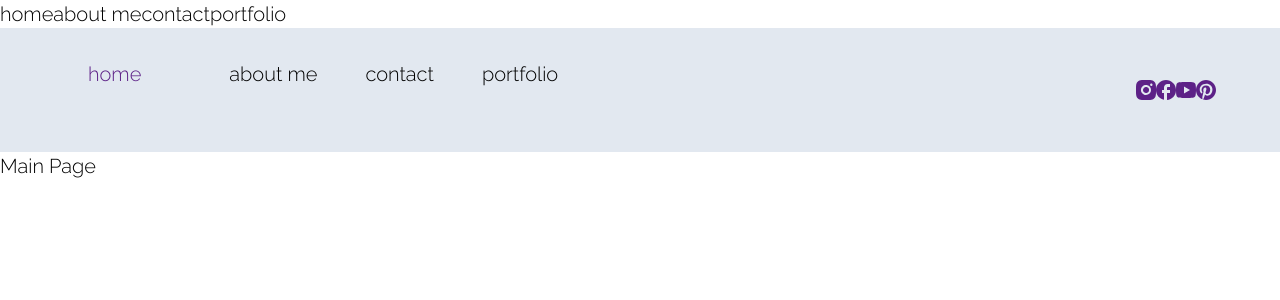
Repository: hubertrh/klaudia-personal-next
Page: /
The author's editor kept a copy of each file at every save. The page is drawn from the files as they stood at one save, then again after the next save.
The browser window is 1280 px wide. The pictures show the whole page.
The project was rebuilt for these pictures with package versions that can differ from the ones it lists, and the page was loaded fresh each time. The framework's server and built-in components were replaced by stand-ins that run in the browser. Also part of the build but not shown: next.config.js.

Above is the page before, as saved 2023-08-11 18:05:58.

After the next save:
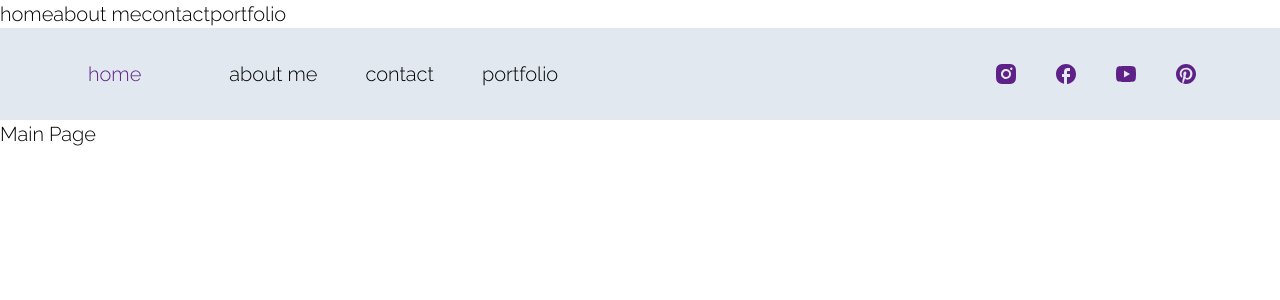
Saved 4 s later.
--- a/app/globals.css
+++ b/app/globals.css
@@ -17,5 +17,5 @@ body {
 }
 
 .social-icons > * {
-  @apply py-5;
+  @apply px-5;
 }
